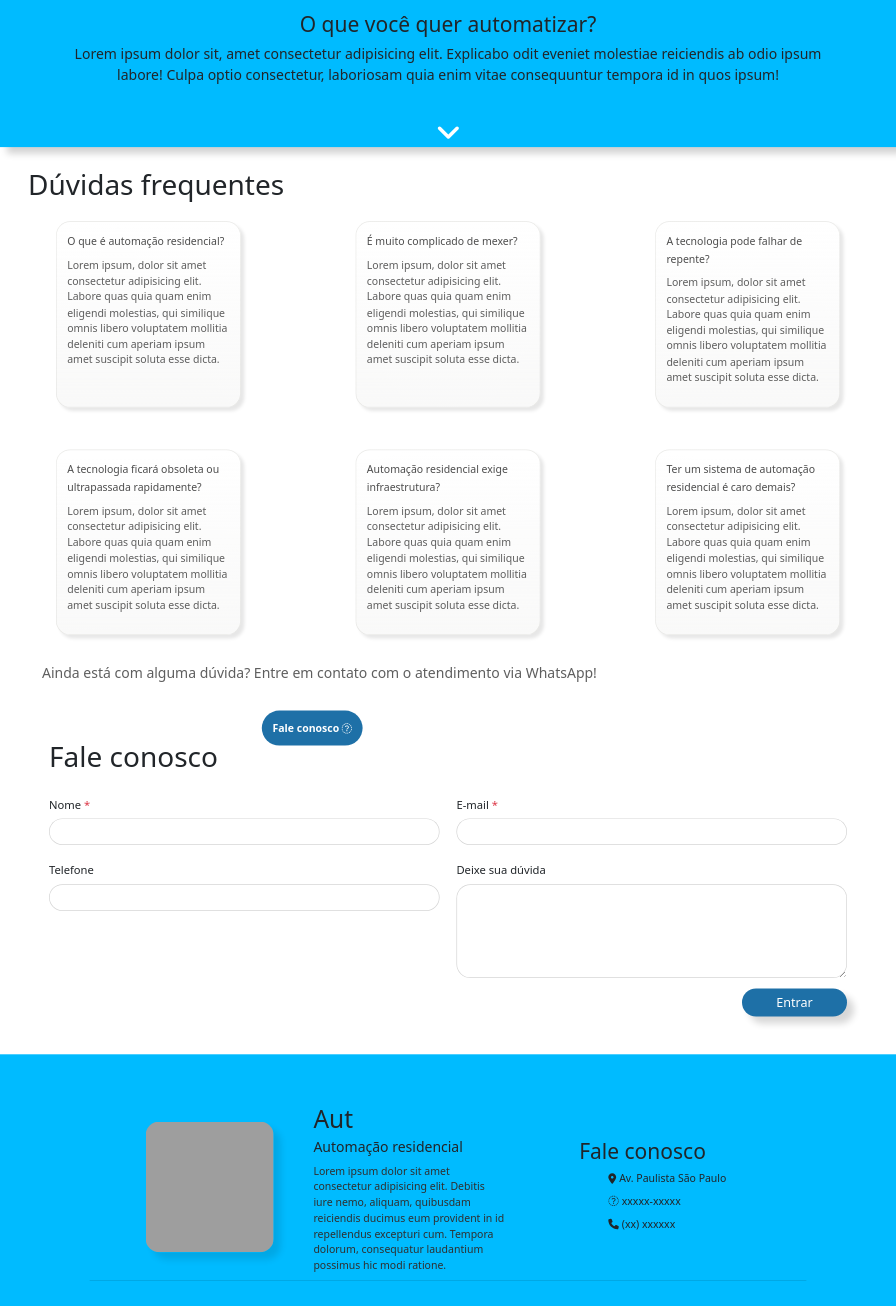
Repository: BulleST/SouHi_Institucional
Page: home.html
The author's editor kept a copy of each file at every save. The page is drawn from the files as they stood at one save, then again after the next save.
The browser window is 1280 px wide. The pictures show the part of the page from y = 1473 to 3393 px (the page is 3339 px tall before and 3393 px after), at 70% of full size.
Pictures or frames that could not be fetched are drawn as grey boxes.

Above is the page before, as saved 2022-10-27 17:46:01.

After the next save:
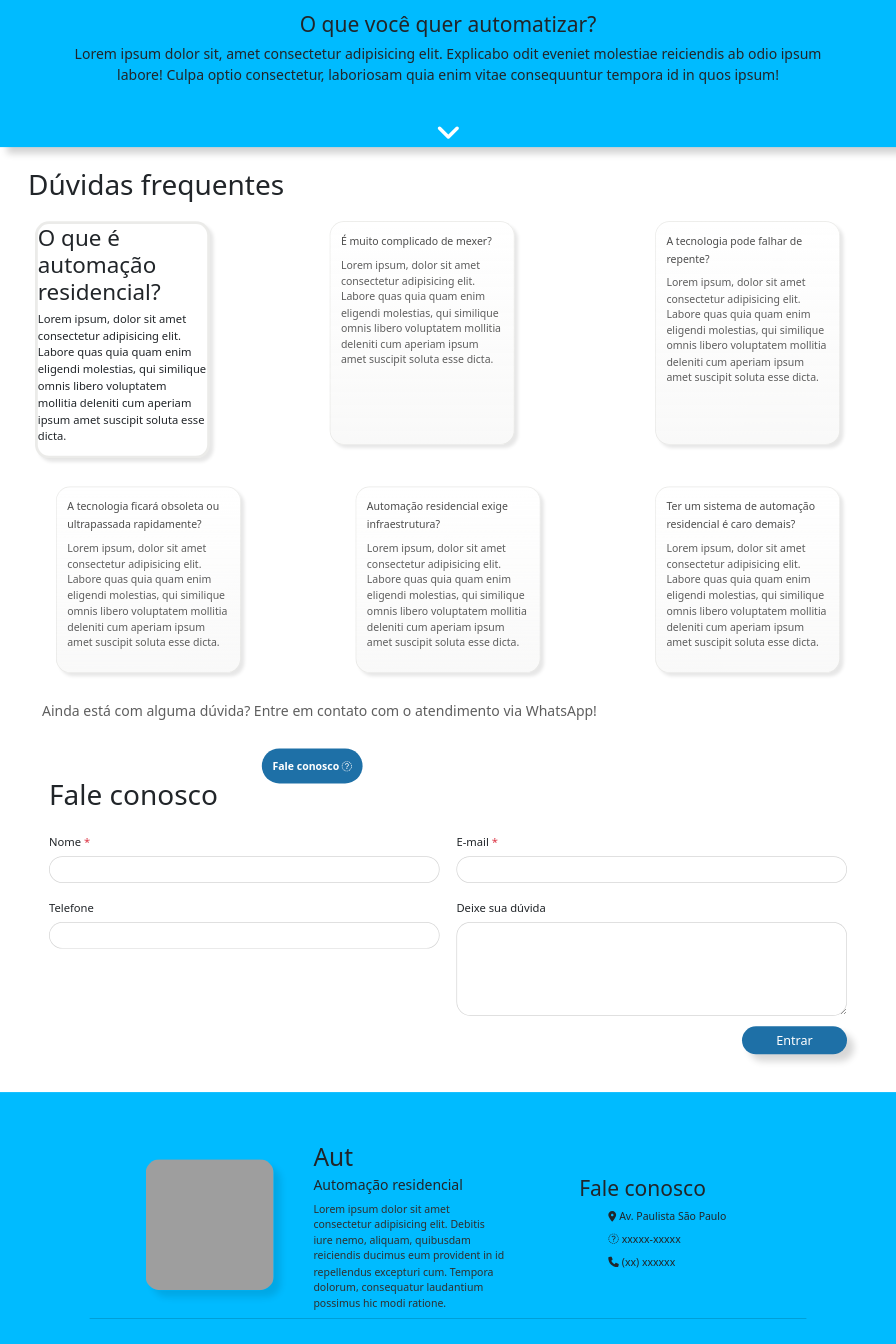
Saved 69 s later.
--- a/home.html
+++ b/home.html
@@ -248,7 +248,7 @@
         <h1>Dúvidas frequentes</h1>
         <div class="duvida-card">
           <div class="grupo1">
-            <div class="duvida s1 " data-aos="fade-up">
+            <div class="card " data-aos="fade-up">
               <span>
                 <fa-icon [icon]="['fas', 'question-circle']" class="duvidas-icones"></fa-icon>
                 <h2>O que é automação residencial?</h2>
